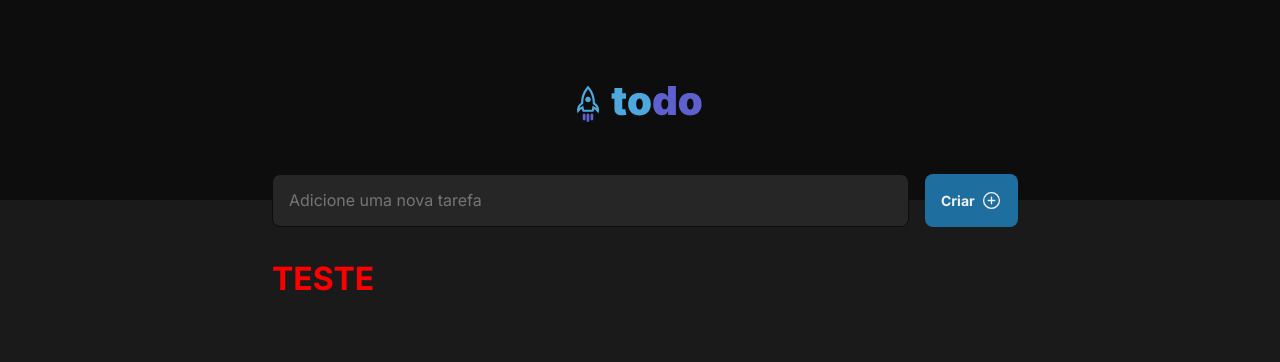
Repository: viniimartins/ToDoListROCKETSEAT
Page: /
An editor plug-in stored every save of this project. The page is shown before and after the next save, followed by the edit.
The browser window is 1280 px wide. The pictures show the whole page.
The project was rebuilt for these pictures with package versions that can differ from the ones it lists, and the page was loaded fresh each time. Also part of the build but not shown: vite.config.ts.

Above is the page before, as saved 2023-05-05 15:28:17.

### index.html
<!DOCTYPE html>
<html lang="en">
  <head>
    <meta charset="UTF-8" />

    <link rel="preconnect" href="https://fonts.googleapis.com" />
    <link rel="preconnect" href="https://fonts.gstatic.com" crossorigin />

    <link rel="icon" type="image/svg+xml" href="/vite.svg" />
    <meta name="viewport" content="width=device-width, initial-scale=1.0" />
    <title>Vite + React + TS</title>

    <link
      href="https://fonts.googleapis.com/css2?family=Inter:wght@400;700&display=swap"
      rel="stylesheet"
    />
  </head>
  <body>
    <div id="root"></div>
    <script type="module" src="/src/main.tsx"></script>
  </body>
</html>

### src/App.tsx
import { Header } from "./Components/Header";
import { AddTask } from "./Components/AddTask";
import { Task } from "./Components/Task";

import styles from "./App.module.css";
import "./global.css";

export function App() {
  return (
    <>
      <div>
        <Header />

        <main className={styles.wrapper}>
          <AddTask />

          <Task />
        </main>
      </div>
    </>
  );
}

### src/Components/Header.tsx
import styles from "./Header.module.css";
import Logo from "../assets/Logo.svg";

export function Header() {
  return (
    <>
      <header className={styles.header}>
        <img src={Logo} />
      </header>
    </>
  );
}

### src/Components/AddTask.tsx
import { PlusCircle } from "phosphor-react";
import styles from "./AddTask.module.css";

export function AddTask() {
  return (
    <div className={styles.inputs}>
      <input
        className={styles.inputText}
        type="text"
        placeholder="Adicione uma nova tarefa"
      />
      <button className={styles.Button}>
        <span className={styles.ButtonText}>Criar</span>
        <PlusCircle size={21} />
      </button>
    </div>
  );
}

### src/Components/Task.jsx

import styles from "./task.module.css"

export function Task() {
    return (
        <h1 className={styles.teste}>TESTE</h1>
    )
}

### src/App.module.css
.wrapper {
  max-width: 46rem;
  margin: -1.656rem auto;

  display: grid;
  grid-template-columns: 1fr;
  gap: 2rem;
  align-items: flex-start;

}

### src/global.css
:root {
  --white: #fff;

  --gray-100: #f2f2f2;
  --gray-200: #d9d9d9;
  --gray-300: #808080;
  --gray-400: #333333;
  --gray-500: #262626;
  --gray-600: #1a1a1a;
  --gray-700: #0d0d0d;

  --purble: #8284fa;
  --purbleDark: #5e60ce;

  --blue: #4ea8de;
  --blueDark: #1E6F9F;

  --darger: #e25858;
}

:focus {
  outline: transparent;
  box-shadow: 0 0 0 2px var(--purbleDark);
}

* {
  margin: 0;
  padding: 0;
  box-sizing: border-box;
}

body {
  background: var(--gray-600);
  color: var(--gray-100);
  -webkit-font-smoothing: antialiased;
}

body,
input,
textarea,
button {
  font-family: "Inter", sans-serif;
  font-weight: 400;
  font-size: 1rem;
}

### src/Components/Header.module.css
.header {
  height: 12.5rem;
  background-color: var(--gray-700);
  display: flex;
  justify-content: center;
  align-items: center;
}

.header img {
  width: 7.875rem;
  height: 3rem;
}

### src/Components/AddTask.module.css
.inputs {
  display: flex;
  gap: 1rem;
}

.inputText {
  width: 39.813rem;
  height: 3.313rem;

  border-radius: 0.5rem;
  padding: 1rem;
  border: 1px solid var(--gray-700);
  color: var(--gray-100);

  font-weight: 400;
  font-size: 1rem;
  background-color: var(--gray-500);
}

.Button {
  display: flex;
  align-items: center;

  background-color: var(--blueDark);
  color: var(--gray-100);

  border: none;
  border-radius: 0.5rem;
  padding: 1rem;
  cursor: pointer;
  gap: 0.4rem;

  font-weight: 700;
  font-size: 0.875rem;
}

.Button:hover {
  background: var(--blue);
}

### src/Components/Task.module.css
.teste {
    color: red;
}

Loaded but not shown: src/main.tsx (common file)

After the next save:
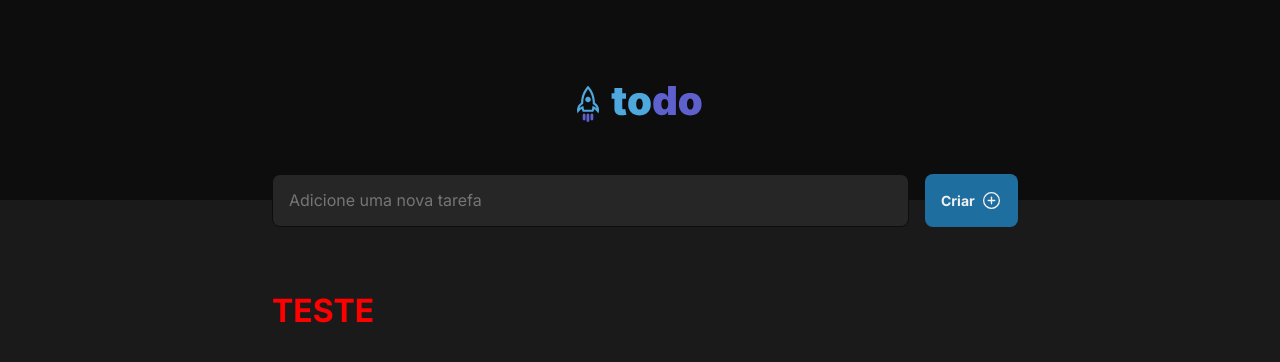
Saved 21 s later.
--- a/src/App.module.css
+++ b/src/App.module.css
@@ -4,7 +4,7 @@
 
   display: grid;
   grid-template-columns: 1fr;
-  gap: 2rem;
+  gap: 4rem;
   align-items: flex-start;
 
 }
